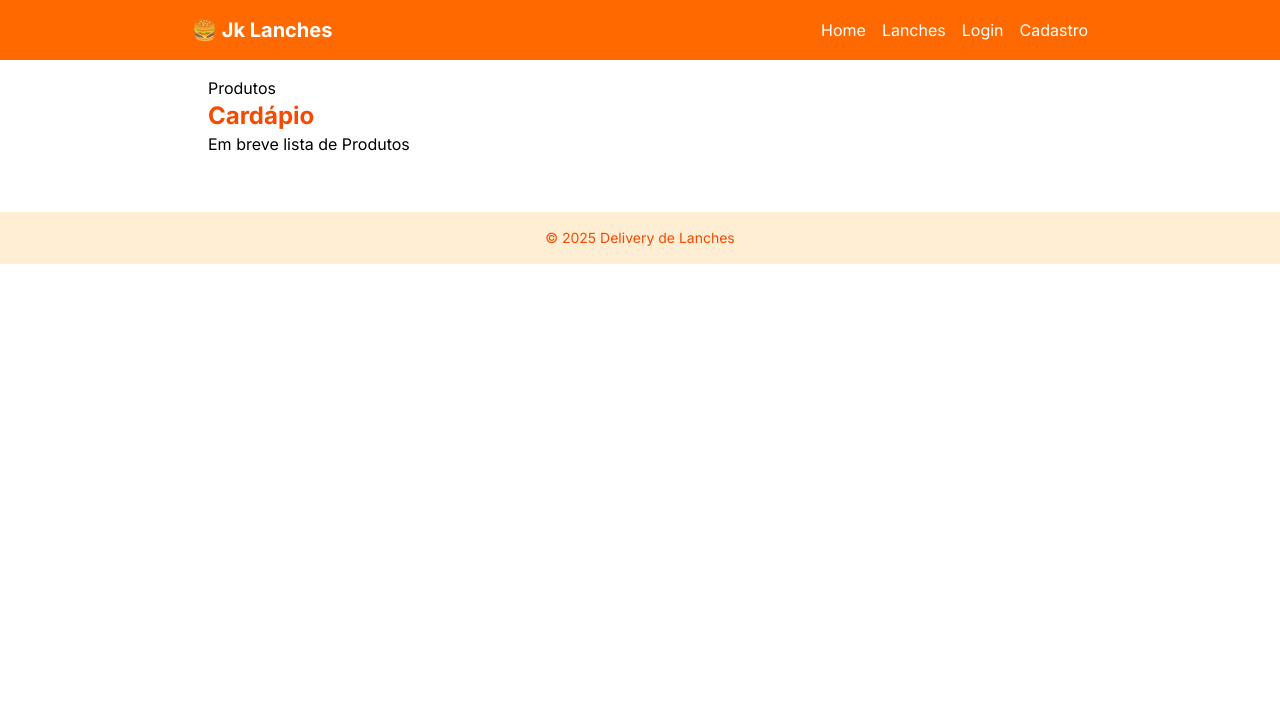
Repository: estevam02009/jk-lanches
Page: /produtos
The author's editor kept a copy of each file at every save. The page is drawn from the files as they stood at one save, then again after the next save.
The browser window is 1280 px wide. The pictures show the whole page.
The project was rebuilt for these pictures with package versions that can differ from the ones it lists, and the page was loaded fresh each time. The framework's server and built-in components were replaced by stand-ins that run in the browser. Also part of the build but not shown: next.config.ts.

Above is the page before, as saved 2025-08-05 17:11:06.

### src/app/layout.tsx
import './globals.css';
import type { Metadata } from 'next';
import { Inter } from 'next/font/google';
import Link from 'next/link';

const inter = Inter({ subsets: ['latin'] });

export const metadata: Metadata = {
  title: 'Jk Lanches',
  description: 'App de pedidos com WhatsApp',
};

export default function RootLayout({
  children,
}: {
  children: React.ReactNode;
}) {
  return (
    <html lang="pt-BR">
      <body className={inter.className}>
        <header className="bg-orange-500 text-white p-4">
          <nav className="flex justify-between items-center max-w-4xl mx-auto">
            <h1 className="text-xl font-bold">🍔 Jk Lanches</h1>
            <ul className="flex gap-4">
              <li><Link href="/">Home</Link></li>
              <li><Link href="/produtos">Lanches</Link></li>
              <li><Link href="/login">Login</Link></li>
              <li><Link href="/cadastro">Cadastro</Link></li>
            </ul>
          </nav>
        </header>
        <main className="max-w-4xl mx-auto p-4">{children}</main>
        <footer className="bg-orange-100 text-center p-4 mt-10 text-sm text-orange-600">
          &copy; 2025 Delivery de Lanches
        </footer>
      </body>
    </html>
  );
}

### src/app/produtos/page.tsx
import Image from "next/image"

const produtos = [
    {
        id: 1,
        nome: 'X-Burger Clássico',
        descricao: 'Pão brioche, hambúrguer 150g, queijo prato, alface, tomate, maionese da casa.',
        preco: 19.90,
        imagem: '/lanches/xburger.jpg',
    },
    {
        id: 2,
        nome: 'X-Bacon Explosivo',
        descricao: 'Pão tradicional, hambúrguer 180g, queijo cheddar, bacon crocante, molho especial.',
        preco: 24.90,
        imagem: '/lanches/xbacon.jpg',
    },
    {
        id: 3,
        nome: 'Frango Crispy',
        descricao: 'Pão australiano, filé de frango empanado, alface americana, maionese temperada.',
        preco: 21.50,
        imagem: '/lanches/frango.jpg',
    },
]

const numeroWhatsApp = '5584991151003'

export default function Produtos() {
    return (
        <section>
            <h2>Produtos</h2>
            <h2 className="text-2xl font-bold text-orange-600">Cardápio</h2>
            <p>Em breve lista de Produtos</p>
        </section>
    )
}

Loaded but not shown: src/app/globals.css (common file)

After the next save:
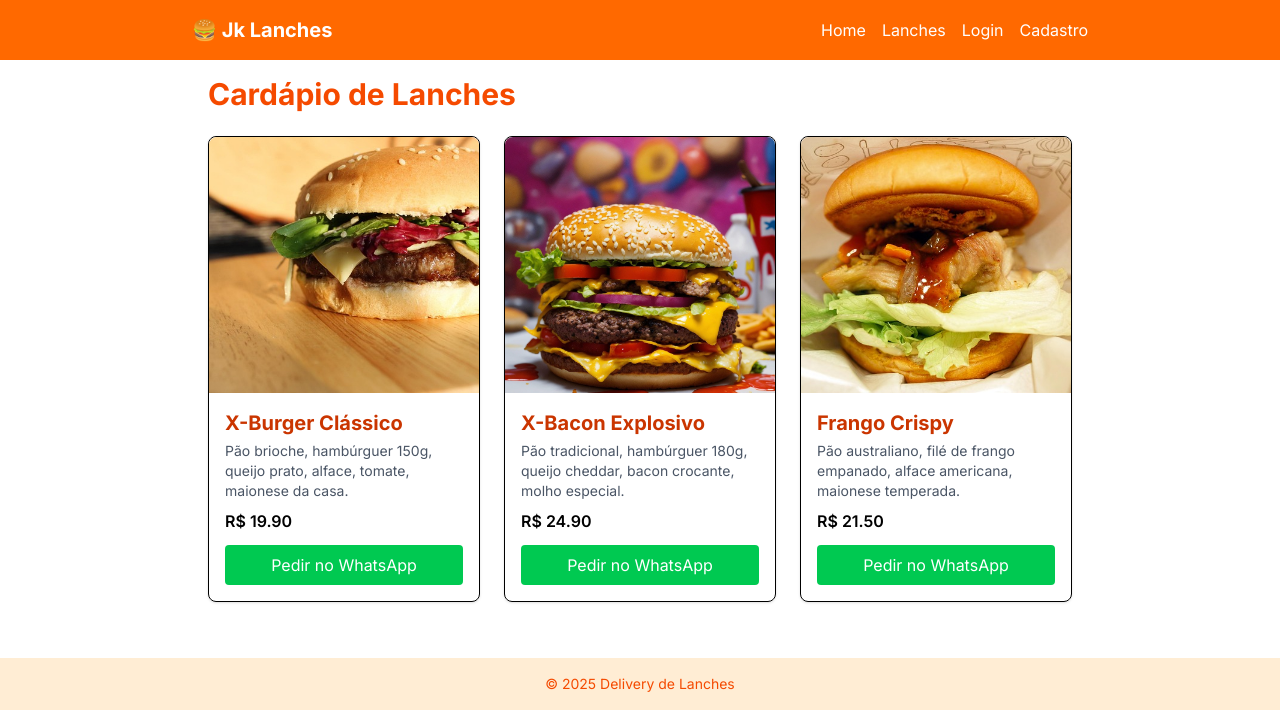
Saved 5 min 19 s later.
--- a/src/app/produtos/page.tsx
+++ b/src/app/produtos/page.tsx
@@ -1,37 +1,68 @@
-import Image from "next/image"
+import Image from 'next/image';
 
 const produtos = [
-    {
-        id: 1,
-        nome: 'X-Burger Clássico',
-        descricao: 'Pão brioche, hambúrguer 150g, queijo prato, alface, tomate, maionese da casa.',
-        preco: 19.90,
-        imagem: '/lanches/xburger.jpg',
-    },
-    {
-        id: 2,
-        nome: 'X-Bacon Explosivo',
-        descricao: 'Pão tradicional, hambúrguer 180g, queijo cheddar, bacon crocante, molho especial.',
-        preco: 24.90,
-        imagem: '/lanches/xbacon.jpg',
-    },
-    {
-        id: 3,
-        nome: 'Frango Crispy',
-        descricao: 'Pão australiano, filé de frango empanado, alface americana, maionese temperada.',
-        preco: 21.50,
-        imagem: '/lanches/frango.jpg',
-    },
-]
+  {
+    id: 1,
+    nome: 'X-Burger Clássico',
+    descricao: 'Pão brioche, hambúrguer 150g, queijo prato, alface, tomate, maionese da casa.',
+    preco: 19.90,
+    imagem: '/lanches/xburger.jpg',
+  },
+  {
+    id: 2,
+    nome: 'X-Bacon Explosivo',
+    descricao: 'Pão tradicional, hambúrguer 180g, queijo cheddar, bacon crocante, molho especial.',
+    preco: 24.90,
+    imagem: '/lanches/xbacon.jpg',
+  },
+  {
+    id: 3,
+    nome: 'Frango Crispy',
+    descricao: 'Pão australiano, filé de frango empanado, alface americana, maionese temperada.',
+    preco: 21.50,
+    imagem: '/lanches/frango.jpg',
+  },
+];
 
-const numeroWhatsApp = '5584991151003'
+const numeroWhatsApp = '5584991121003';
 
 export default function Produtos() {
-    return (
-        <section>
-            <h2>Produtos</h2>
-            <h2 className="text-2xl font-bold text-orange-600">Cardápio</h2>
-            <p>Em breve lista de Produtos</p>
-        </section>
-    )
+  return (
+    <section>
+      <h2 className="text-3xl font-bold mb-6 text-orange-600">Cardápio de Lanches</h2>
+      <div className="grid grid-cols-1 md:grid-cols-2 lg:grid-cols-3 gap-6">
+        {produtos.map((produto) => {
+          const mensagem = encodeURIComponent(
+            `Olá! Gostaria de pedir o lanche: *${produto.nome}*.\nIngredientes: ${produto.descricao}\nPreço: R$ ${produto.preco.toFixed(2)}`
+          );
+          const linkWhatsApp = `https://wa.me/${numeroWhatsApp}?text=${mensagem}`;
+
+          return (
+            <div key={produto.id} className="border rounded-lg shadow hover:shadow-lg transition">
+              <Image
+                src={produto.imagem}
+                alt={produto.nome}
+                width={400}
+                height={300}
+                className="rounded-t-lg w-full h-64 object-cover"
+              />
+              <div className="p-4">
+                <h3 className="text-xl font-bold text-orange-700">{produto.nome}</h3>
+                <p className="text-sm text-gray-600 mt-1">{produto.descricao}</p>
+                <p className="mt-2 font-semibold">R$ {produto.preco.toFixed(2)}</p>
+                <a
+                  href={linkWhatsApp}
+                  target="_blank"
+                  rel="noopener noreferrer"
+                  className="block mt-3 text-center bg-green-500 text-white py-2 rounded hover:bg-green-600"
+                >
+                  Pedir no WhatsApp
+                </a>
+              </div>
+            </div>
+          );
+        })}
+      </div>
+    </section>
+  );
 }
